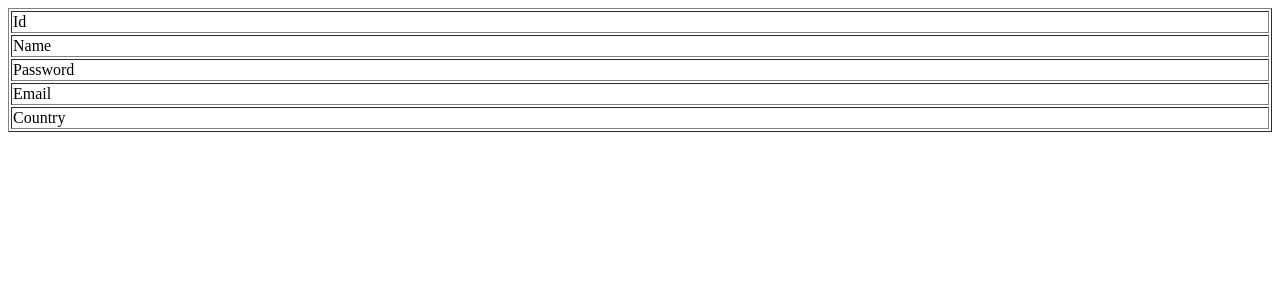
Repository: Kamleshmaury/CoreJava
Page: Crud_App/src/main/webapp/view.html
An editor plug-in stored every save of this project. The page is shown before and after the next save, followed by the edit.
The browser window is 1280 px wide. The pictures show the whole page.

Above is the page before, as saved 2022-10-18 06:28:46.

After the next save:
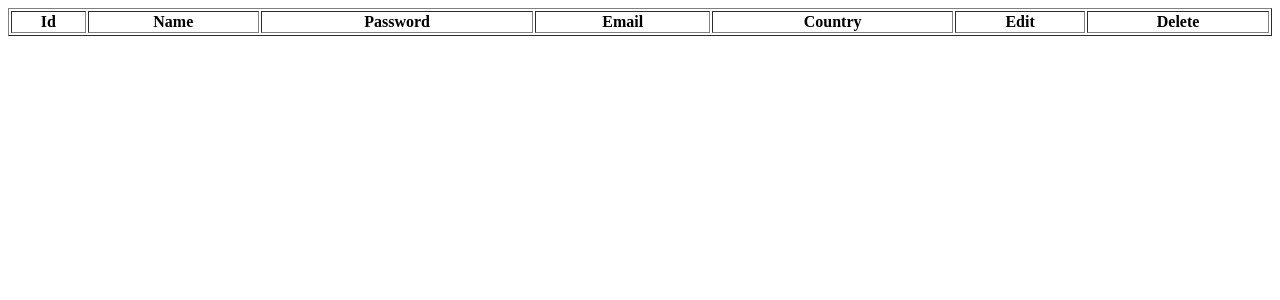
Saved 106 s later.
--- a/Crud_App/src/main/webapp/view.html
+++ b/Crud_App/src/main/webapp/view.html
@@ -7,11 +7,13 @@
 <body>
 	<form action="ViewServlet" method="get">
 		<table border='1' width='100%'>
-			<tr><td>Id</td></tr>
-			<tr><td>Name</td></tr>
-			<tr><td>Password</td></tr>
-			<tr><td>Email</td></tr>
-			<tr><td>Country</td></tr>
+			<tr><th>Id</th>
+			<th>Name</th>
+			<th>Password</th>
+			<th>Email</th>
+			<th>Country</th>
+			<th>Edit</th>
+			<th>Delete</th>
 		</table>
 	</form>
 </body>
